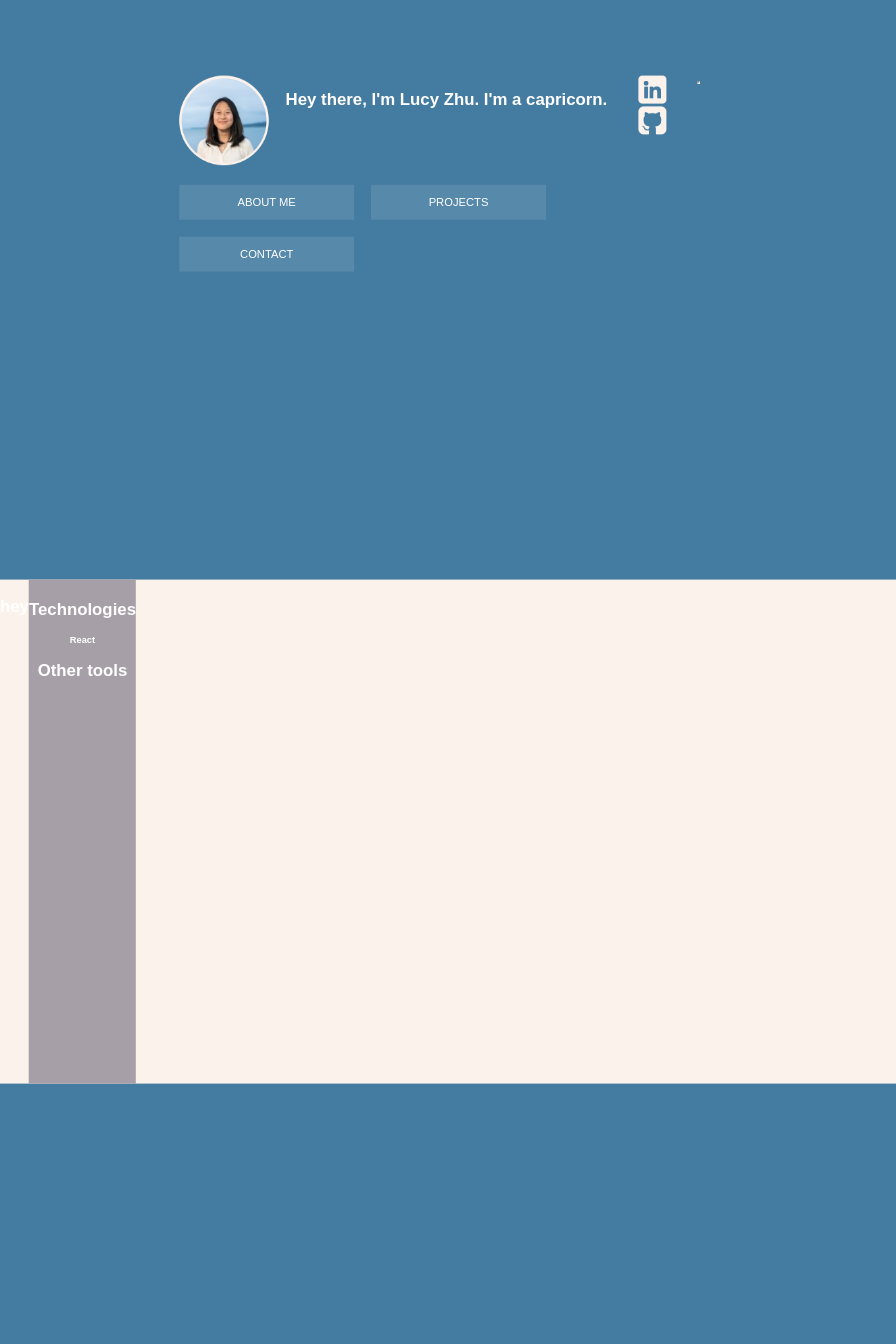
Repository: lukisoo/lukisoo-portfolio
Page: /
An editor plug-in stored every save of this project. The page is shown before and after the next save, followed by the edit.
The browser window is 1280 px wide. The pictures show the part of the page from y = 0 to 1920 px (the page is 2988 px tall), at 70% of full size.
The project was rebuilt for these pictures with package versions that can differ from the ones it lists, and the page was loaded fresh each time.

Above is the page before, as saved 2022-07-31 06:52:38.

### public/index.html
<!DOCTYPE html>
<html lang="en">
  <head>
    <meta charset="utf-8" />
    <link rel="icon" href="%PUBLIC_URL%/favicon.ico" />
    <meta name="viewport" content="width=device-width, initial-scale=1" />
    <meta name="theme-color" content="#000000" />
    <meta
      name="description"
      content="Web site created using create-react-app"
    />
    <link rel="apple-touch-icon" href="%PUBLIC_URL%/logo192.png" />
    <!--
      manifest.json provides metadata used when your web app is installed on a
      user's mobile device or desktop. See https://developers.google.com/web/fundamentals/web-app-manifest/
    -->
    <link rel="manifest" href="%PUBLIC_URL%/manifest.json" />
    <!--
      Notice the use of %PUBLIC_URL% in the tags above.
      It will be replaced with the URL of the `public` folder during the build.
      Only files inside the `public` folder can be referenced from the HTML.

      Unlike "/favicon.ico" or "favicon.ico", "%PUBLIC_URL%/favicon.ico" will
      work correctly both with client-side routing and a non-root public URL.
      Learn how to configure a non-root public URL by running `npm run build`.
    -->
    <title>Lucy Zhu's Portfolio</title>
  </head>
  <body>
    <noscript>You need to enable JavaScript to run this app.</noscript>
    <div id="root"></div>
    <!--
      This HTML file is a template.
      If you open it directly in the browser, you will see an empty page.

      You can add webfonts, meta tags, or analytics to this file.
      The build step will place the bundled scripts into the <body> tag.

      To begin the development, run `npm start` or `yarn start`.
      To create a production bundle, use `npm run build` or `yarn build`.
    -->
  </body>
</html>

### src/index.js
import React from "react";
import {
  BrowserRouter as Router,
  Route,
  BrowserRouter,
} from "react-router-dom";
import ReactDOM from "react-dom/client";
import "./index.css";
import App from "./App";
import reportWebVitals from "./reportWebVitals";

const root = ReactDOM.createRoot(document.getElementById("root"));
root.render(
  <React.StrictMode>
    <BrowserRouter>
        <App />
    </BrowserRouter>
  </React.StrictMode>
);

// If you want to start measuring performance in your app, pass a function
// to log results (for example: reportWebVitals(console.log))
// or send to an analytics endpoint. Learn more: https://bit.ly/CRA-vitals
reportWebVitals();

### src/index.css
@import url('https://fonts.googleapis.com/css2?family=Source+Sans+Pro:ital,wght@0,200;0,300;0,400;0,600;0,700;0,900;1,200;1,300;1,400;1,600;1,700;1,900&display=swap');

body {
  margin: 0;
  /* font-family: -apple-system, BlinkMacSystemFont, 'Segoe UI', 'Roboto', 'Oxygen',
    'Ubuntu', 'Cantarell', 'Fira Sans', 'Droid Sans', 'Helvetica Neue',
    sans-serif; */
    font-family: arial;
  -webkit-font-smoothing: antialiased;
  -moz-osx-font-smoothing: grayscale;
  background-color: #447BA1;
  color: white;
  /* font-family: 'Source Sans Pro', sans-serif; */
  overflow-x: hidden;
}

code {
  font-family: source-code-pro, Menlo, Monaco, Consolas, 'Courier New',
    monospace;
}

a {
  text-decoration: none;
}

### src/App.js
import "./App.css";

import { Link } from "react-router-dom";
import Grid from "@mui/material/Grid";

import ProfilePhoto from "./images/header/profile-photo.png";
import LinkedinLogo from "./images/header/linkedin-logo.png";
import GithubLogo from "./images/header/github-logo.png";

function App() {
  return (
    <div className="App">
      <header className="full-section">
        <div className="header-content">
          <Grid container spacing={3}>
            <Grid item xs={12} md={12}>
              <img
                src={ProfilePhoto}
                className="profile-photo"
                alt="Profile Photo"
              />
            </Grid>
            <Grid item xs={12} md={12}>
              <h2>Hey there, I'm Lucy Zhu. I'm a capricorn.</h2>
            </Grid>
            <Grid item xs={12} md={12}>
              <a href="https://www.linkedin.com/in/lucyzhu613/">
                {" "}
                <img
                  src={LinkedinLogo}
                  className="social-logo"
                  alt="Linkedin Logo"
                />
              </a>
              <a href="https://github.com/lukisoo">
                <img
                  src={GithubLogo}
                  className="social-logo"
                  alt="Github Logo"
                />
              </a>
            </Grid>
            <Grid item xs={12} md={12}>
              <hr className="header-divider" />
            </Grid>
            <Grid item xs={12} md={4}>
              <a href="#about-me-section">
                <div className="box-1">
                  <div className="btn btn-one">
                    <span>ABOUT ME</span>
                  </div>
                </div>
              </a>
            </Grid>
            <Grid item xs={12} md={4}>
              <a href="#projects-section">
                <div className="box-1">
                  <div className="btn btn-one">
                    <span>PROJECTS</span>
                  </div>
                </div>
              </a>
            </Grid>
            <Grid item xs={12} md={4}>
              <a href="#contact-section">
                <div className="box-1">
                  <div className="btn btn-one">
                    <span>CONTACT</span>
                  </div>
                </div>
              </a>
            </Grid>
          </Grid>
        </div>
      </header>

      <section id="about-me-section" className="full-section">
        <div className="about-me-content">
          <Grid container spacing={0}>
            <Grid item xs={12} md={4}>
              <div className="about-me-left">
              <div className="details-content"></div>
                <h1>hey</h1>
              </div>
            </Grid>
            <Grid item xs={12} md={8}>
              <div className="about-me-right">
                <div className="skills-content">
                  <h2>Technologies</h2>
<h5>React</h5>
                  <h2>Other tools</h2>
                </div>

                {/* <Grid container spacing={2}>
                  <Grid item xs={6} md={8}>
                    <p>hey</p>
                  </Grid>
                  <Grid item xs={6} md={4}>
                    <p>hey</p>
                  </Grid>
                </Grid> */}
              </div>
            </Grid>
          </Grid>
        </div>
      </section>

      <section id="projects-section" className="full-section">
        <div>
          <Grid container spacing={2}>
            <Grid item xs={6} md={8}></Grid>
            <Grid item xs={6} md={4}></Grid>
            <Grid item xs={6} md={4}></Grid>
            <Grid item xs={6} md={8}></Grid>
          </Grid>
        </div>
      </section>

      <section id="contact-section" className="full-section">
        <div>
          {" "}
          <Grid container spacing={2}>
            <Grid item xs={6} md={8}></Grid>
            <Grid item xs={6} md={4}></Grid>
            <Grid item xs={6} md={4}></Grid>
            <Grid item xs={6} md={8}></Grid>
          </Grid>
        </div>
      </section>
    </div>
  );
}

export default App;

### src/App.css
.App {
  text-align: center;
  margin: 0;
}

/* Section Content */
.full-section {
  height: 100vh;
  width: 100vw;
}

/* Buttons */
.box-1 {
  /* background-color: hsl(0, 100%, 70%);  */
  width: 250px;
  margin: auto;
}

.btn {
	line-height: 50px;
	height: 50px;
	text-align: center;
	width: 250px;
	cursor: pointer;
}

.btn-one {
	color: #FFF;
	transition: all 0.3s;
	position: relative;
}
.btn-one span {
	transition: all 0.3s;
}
.btn-one::before {
	content: '';
	position: absolute;
	bottom: 0;
	left: 0;
	width: 100%;
	height: 100%;
	z-index: 1;
	opacity: 0;
	transition: all 0.3s;
	border-top-width: 1px;
	border-bottom-width: 1px;
	border-top-style: solid;
	border-bottom-style: solid;
	border-top-color: rgba(255,255,255,0.5);
	border-bottom-color: rgba(255,255,255,0.5);
	transform: scale(0.1, 1);
}
.btn-one:hover span {
	letter-spacing: 2px;
}
.btn-one:hover::before {
	opacity: 1;
	transform: scale(1, 1);
}
.btn-one::after {
	content: '';
	position: absolute;
	bottom: 0;
	left: 0;
	width: 100%;
	height: 100%;
	z-index: 1;
	transition: all 0.3s;
	background-color: rgba(255,255,255,0.1);
}
.btn-one:hover::after {
	opacity: 0;
	transform: scale(0.1, 1);
}

/* Header CSS */
.header-content {
  width: 60vw;
  height: 70vh;
  margin: 0 auto 0 auto;
  margin-top: 15vh;
  /* background-color: red; */
}

.header-divider {
  color: white;
  border-width: 2px;
}

.profile-photo {
  width: 10vw;
  height: auto;
}

.social-logo {
  width: 40px;
  height: auto;
  padding: 0 1% 0 1%;
}

.social-logo:hover {
  opacity: 0.8;
  cursor: pointer;
}

/* About Me CSS */
#about-me-section {
  background-color: #FBF2EB;
}

.about-me-content {
  height: 100vh;
  width: 100vw;
}

.about-me-left {

}

.details-content {
  padding: 5%;
}

.about-me-right {
  background-color: #A79FA7;
  height: 100vh;

}

.skills-content {
  padding: 5% 0 5% 0;
}

/* Projects CSS */

/* Contact CSS */

#contact-section {
  background-color: #FBF2EB;
}

Loaded but not shown: src/reportWebVitals.js (common file)

After the next save:
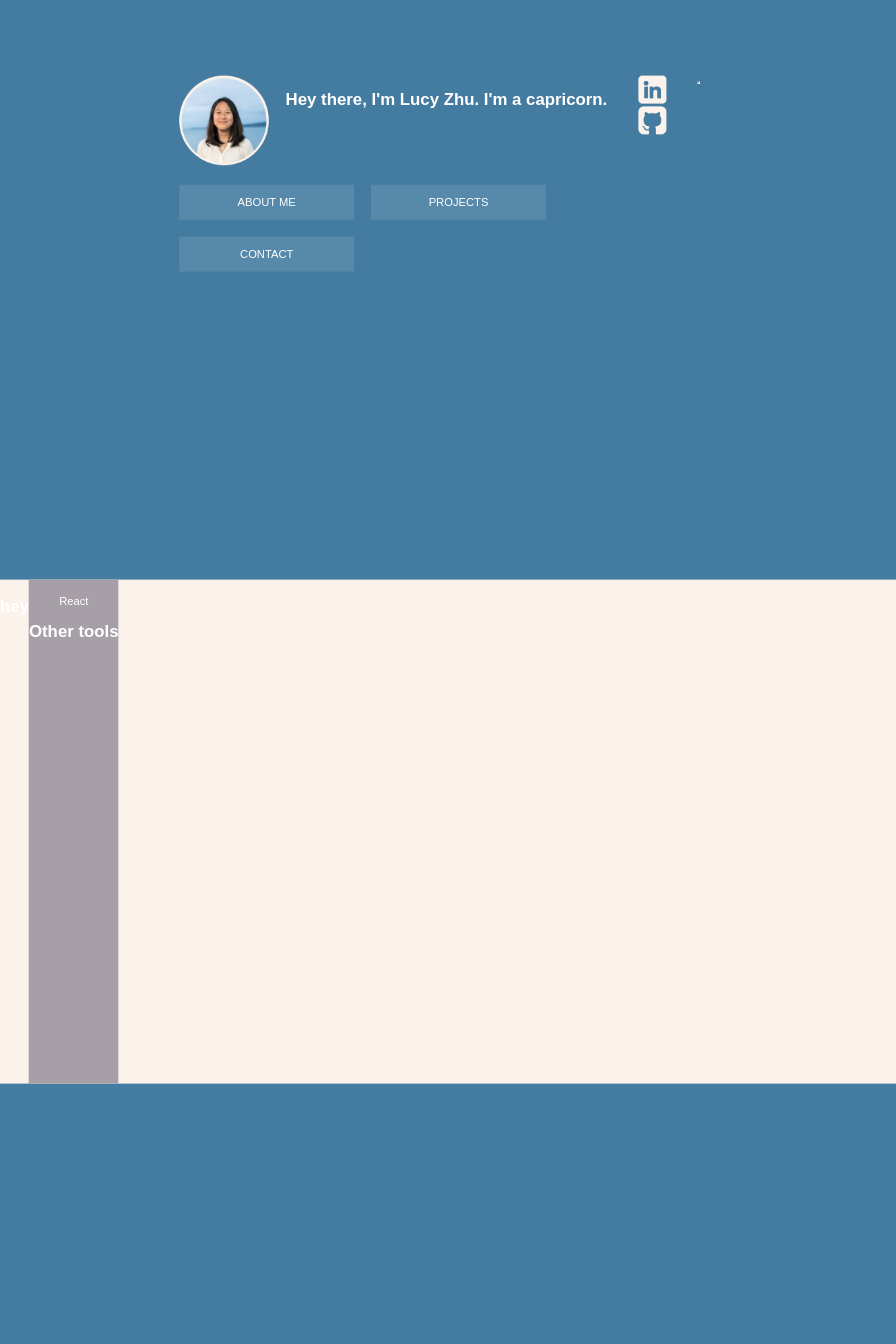
Saved 7 s later.
--- a/src/App.js
+++ b/src/App.js
@@ -86,8 +86,7 @@ function App() {
             <Grid item xs={12} md={8}>
               <div className="about-me-right">
                 <div className="skills-content">
-                  <h2>Technologies</h2>
-<h5>React</h5>
+<p>React</p>
                   <h2>Other tools</h2>
                 </div>
 
